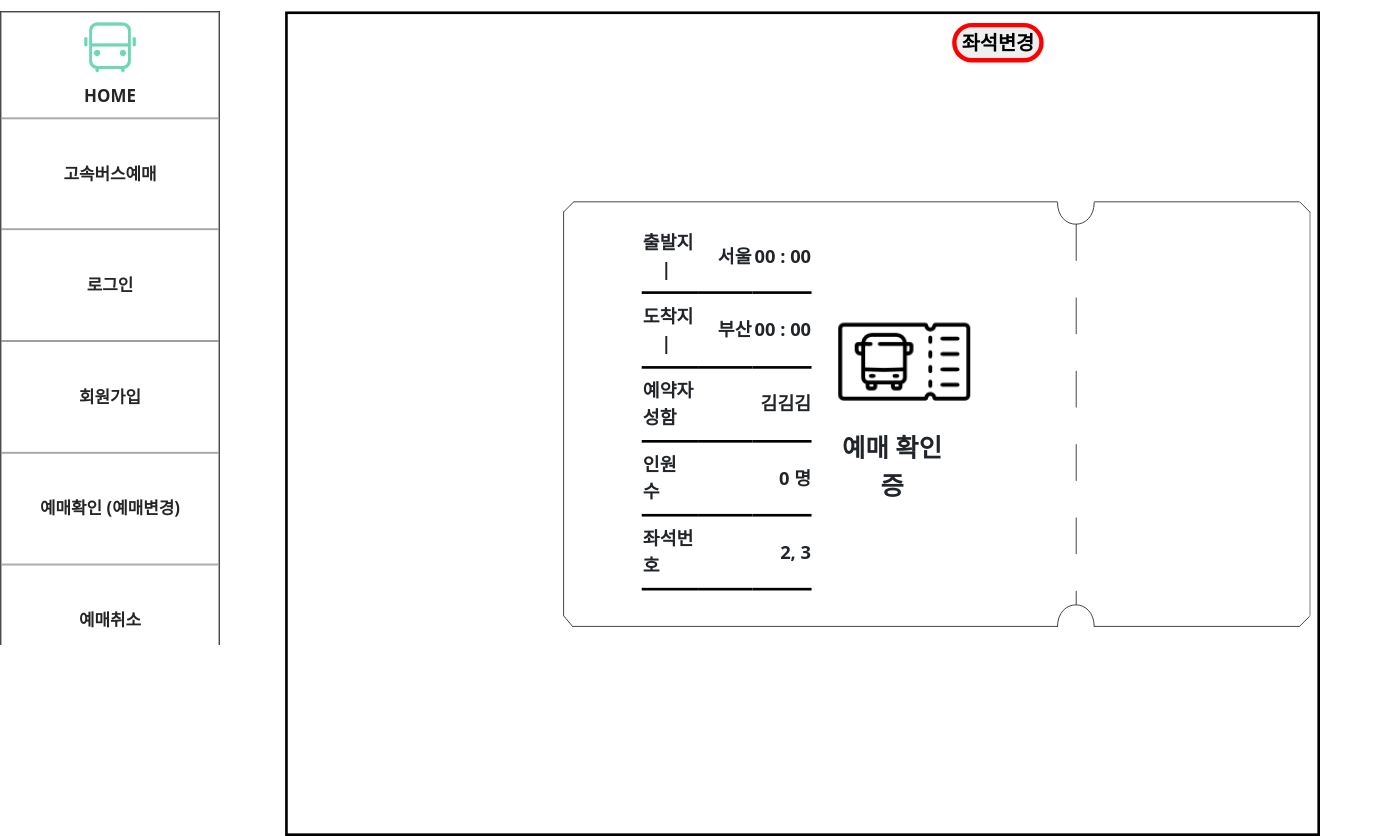
Repository: rudqhd79/spring_personal
Page: http://localhost/reservation/check
An editor plug-in stored every save of this project. The page is shown before and after the next save, followed by the edit.
The browser window is 1280 px wide. The page is 1500 px wide, then 1581 px, then 1500 px, so the pictures cover 1581 px, including what lies to the right of the window. The pictures show the whole page, at 88% of full size.
The page is this project's Thymeleaf template; nobody is signed in. The template is opened directly, without the code that normally fills it, so the values that code supplies are empty.

Above is the page before, as saved 2023-02-03 07:36:21.

### bus-reservation/src/main/resources/templates/reservation/check.html
<!DOCTYPE html>
<html xmlns:th="http://www.thymeleaf.org"
	xmlns:layout="http://www.ultraq.net.nz/thymeleaf/layout">
<link rel="stylesheet"
	href="//maxcdn.bootstrapcdn.com/bootstrap/latest/css/bootstrap.min.css">
<script src="//code.jquery.com/jquery.min.js"></script>
<script
	src="//maxcdn.bootstrapcdn.com/bootstrap/latest/js/bootstrap.min.js"></script>
<head>
<meta charset="UTF-8">
<title>main</title>
<!-- bootstrap css -->
<link
	href="https://cdn.jsdelivr.net/npm/bootstrap@5.3.0-alpha1/dist/css/bootstrap.min.css"
	rel="stylesheet"
	integrity="sha384-GLhlTQ8iRABdZLl6O3oVMWSktQOp6b7In1Zl3/Jr59b6EGGoI1aFkw7cmDA6j6gD"
	crossorigin="anonymous">
<link th:href="@{/css/all.css}" rel="stylesheet">
<!-- bootstrap js, popper -->
<script
	src="https://cdn.jsdelivr.net/npm/@popperjs/core@2.11.6/dist/umd/popper.min.js"
	integrity="sha384-oBqDVmMz9ATKxIep9tiCxS/Z9fNfEXiDAYTujMAeBAsjFuCZSmKbSSUnQlmh/jp3"
	crossorigin="anonymous"></script>
<script
	src="https://cdn.jsdelivr.net/npm/bootstrap@5.3.0-alpha1/dist/js/bootstrap.min.js"
	integrity="sha384-mQ93GR66B00ZXjt0YO5KlohRA5SY2XofN4zfuZxLkoj1gXtW8ANNCe9d5Y3eG5eD"
	crossorigin="anonymous"></script>
<!-- jquery  -->
<script src="https://code.jquery.com/jquery-3.6.3.min.js"
	integrity="sha256-pvPw+upLPUjgMXY0G+8O0xUf+/Im1MZjXxxgOcBQBXU="
	crossorigin="anonymous"></script>
<th:block layout:fragment="script"></th:block>
<th:block layout:fragment="css"></th:block>
</head>
<body>
	<div class="fragment-sidebar">
		<div th:replace="fragments/sidebar::sidebar"></div>
		<div class="base_angle" style="margin-top: 1vw">
			<form class="seat_form" th:action="@{seat}" method="post">
				<div class="check_child" style="position: relative;">
			 		<img src="/img/ticket_img.svg" style="width: 850px; height: 500px; position:absolute" />
					<div class="check_child">
						<table style="height: 420px; margin-top: 10px">
							<tr class="check_tr_three">
								<th class="check_th">출발지 &emsp;| &emsp;</th>
								<th class="check_th"> &emsp;서울</th>
								<th class="check_th">00 : 00</th>
							</tr>
							<tr class="check_tr_three">
								<th class="check_th">도착지 &emsp;| &emsp;</th>
								<th class="check_th"> &emsp;부산</th>
								<th class="check_th">00 : 00</th>
							</tr>
							<tr class="check_tr_two">
								<th class="check_th">예약자 성함</th>
								<th class="check_th"></th>
								<th class="check_th">김김김</th>
							</tr>
							<tr class="check_tr_two">
								<th class="check_th">인원 수</th>
								<th class="check_th"></th>
								<th class="check_th">0 명</th>
							</tr>
							<tr class="check_tr_two">
								<th class="check_th">좌석번호</th>
								<th class="check_th"></th>
								<th class="check_th">2, 3</th>
							</tr>
						</table>
					</div>
					<div class="check_child">
						<img src="/img/bus_ticket.png" style="height: 150px; width: 150px" />
						<p>예매 확인증</p>
					</div>
				</div>
			 		<p class="change_btn"><input type="submit" value="좌석변경" style="font-weight: bold; border: 5px solid red; border-radius: 30px;" /></p>
			</form>
		</div>
	</div>
</body>
</html>

### bus-reservation/src/main/resources/templates/fragments/sidebar.html
<!DOCTYPE html>
<html xmlns:th="http://www.thymeleaf.org">
<head>
<meta charset="UTF-8">
<title>Insert title here</title>
<link rel="stylesheet"
	href="//maxcdn.bootstrapcdn.com/bootstrap/latest/css/bootstrap.min.css">
<script src="//code.jquery.com/jquery.min.js"></script>
<script
	src="//maxcdn.bootstrapcdn.com/bootstrap/latest/js/bootstrap.min.js"></script>
</head>
<body>
<!-- 사이드바 -->
	<div th:fragment="sidebar" class="sidebar-total">
		<div id="page-wrapper">
			<div id="sidebar-wrapper">
				<ul class="sidebar-nav">
					<li class="sidebar-main">
						<a href="/">
						<img src="/img/bus_icon.png" style="width:60px; height: 60px; margin-top: 10px;">
							<p class="home">HOME</p>
						</a>
					</li>
					<li class="sidebar-main sidebar-nav_li"><a href="/">고속버스예매</a></li>
					<li class="sidebar-main sidebar-nav_li"><a href="login">로그인</a></li>
					<li class="sidebar-main sidebar-nav_li"><a href="join">회원가입</a></li>
					<li class="sidebar-main sidebar-nav_li"><a href="check">예매확인 (예매변경)</a></li>
					<li class="sidebar-main sidebar-nav_li"><a href="cancel">예매취소</a></li>
					<li class="sidebar-main sidebar-nav_li"><a href="edit">수정 (관리자 전용)</a></li>
				</ul>
			</div>
		</div>
	</div>
<!-- /사이드바 -->
</body>
</html>

### bus-reservation/src/main/resources/static/img/ticket_img.svg
<svg width="1020" height="581" viewBox="0 0 1020 581" fill="none" xmlns="http://www.w3.org/2000/svg">
<path d="M675 0.999998C675 41 725 41 725 1" stroke="black"/>
<line x1="700.5" y1="31" x2="700.5" y2="550" stroke="black" stroke-dasharray="50 50"/>
<line x1="1.5" y1="14" x2="1.5" y2="565" stroke="black"/>
<line x1="1019.5" y1="14" x2="1019.5" y2="565" stroke="black"/>
<path d="M725 580.125C725 540.125 675 540.125 675 580.125" stroke="black"/>
<line x1="15" y1="0.5" x2="675" y2="0.5" stroke="black"/>
<line x1="1005" y1="579.5" x2="725" y2="579.5" stroke="black"/>
<line x1="725" y1="0.5" x2="1005" y2="0.5" stroke="black"/>
<line x1="675" y1="579.5" x2="14" y2="579.5" stroke="black"/>
<line x1="1005.35" y1="0.646447" x2="1019.5" y2="14.7886" stroke="black"/>
<line x1="14.1319" y1="580.039" x2="1.26456" y2="564.728" stroke="black"/>
<line x1="15.4956" y1="0.353553" x2="1.35351" y2="14.4957" stroke="black"/>
<line x1="1004.65" y1="579.789" x2="1018.79" y2="565.646" stroke="black"/>
</svg>

Loaded but not shown: bus-reservation/src/main/resources/static/css/all.css (library)

After the next save:
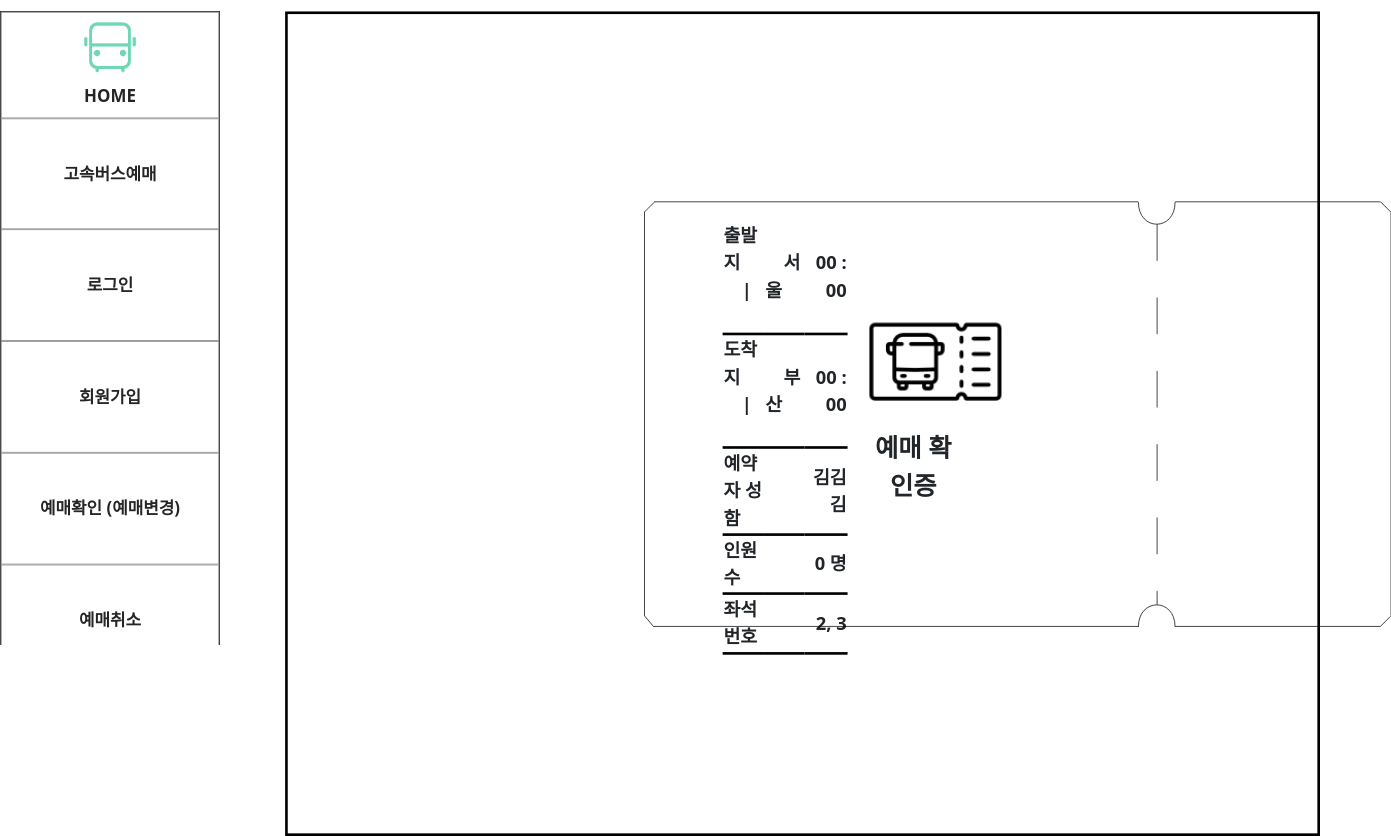
Saved 33 s later.
--- a/bus-reservation/src/main/resources/templates/reservation/check.html
+++ b/bus-reservation/src/main/resources/templates/reservation/check.html
@@ -73,7 +73,6 @@
 						<p>예매 확인증</p>
 					</div>
 				</div>
-			 		<p class="change_btn"><input type="submit" value="좌석변경" style="font-weight: bold; border: 5px solid red; border-radius: 30px;" /></p>
 			</form>
 		</div>
 	</div>

After the save that followed:
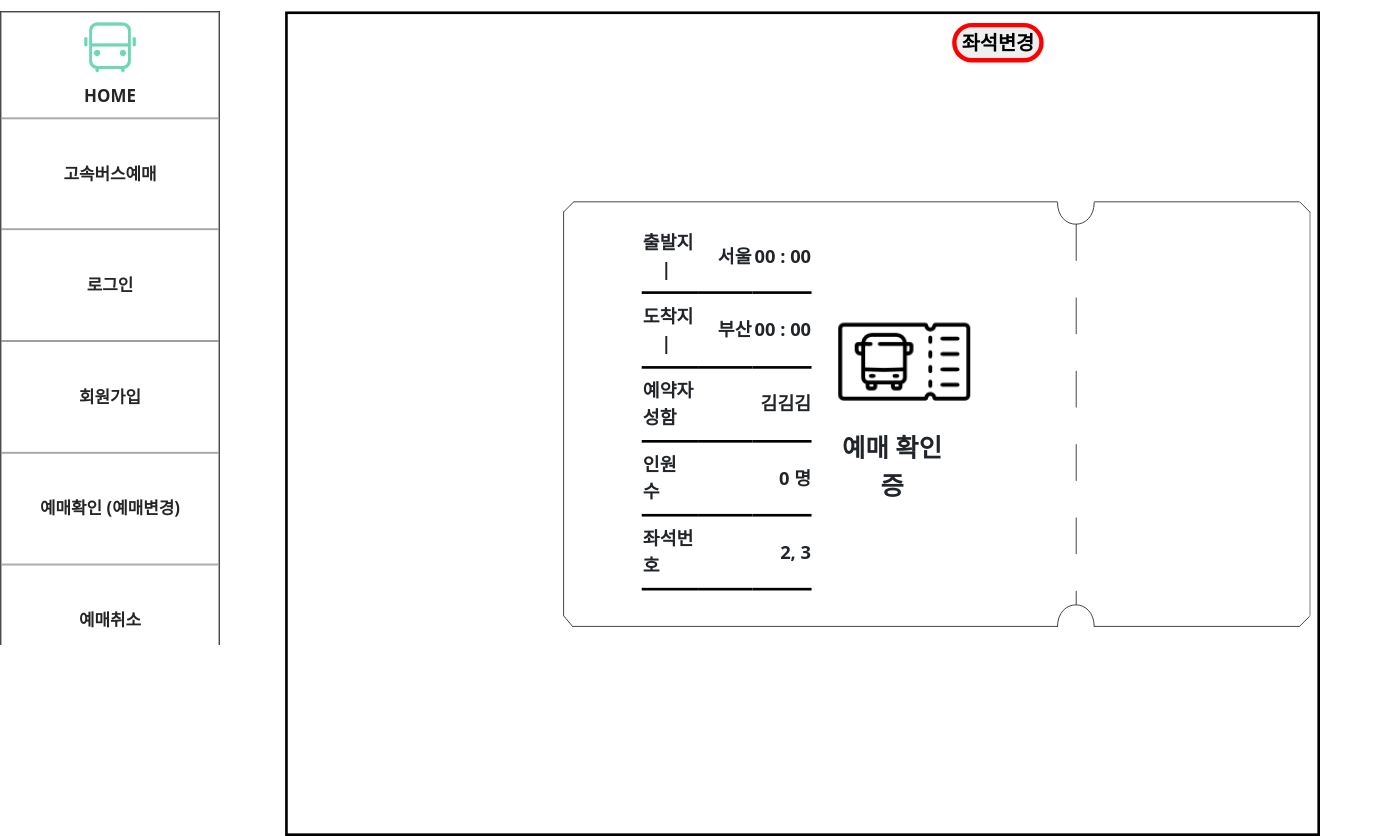
Saved 9 s later.
--- a/bus-reservation/src/main/resources/templates/reservation/check.html
+++ b/bus-reservation/src/main/resources/templates/reservation/check.html
@@ -73,6 +73,7 @@
 						<p>예매 확인증</p>
 					</div>
 				</div>
+				<p class="change_btn"><input type="submit" value="좌석변경" style="font-weight: bold; border: 5px solid red; border-radius: 30px;" /></p>
 			</form>
 		</div>
 	</div>
